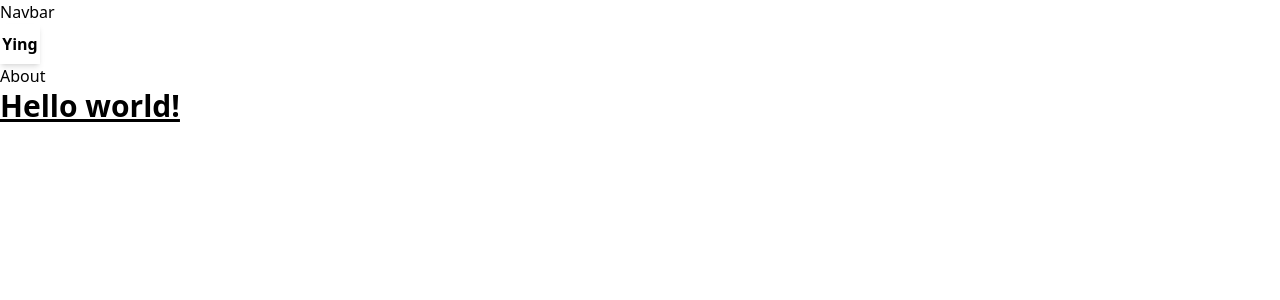
Repository: YingCG/plantmode-weather
Page: /about
The author's editor kept a copy of each file at every save. The page is drawn from the files as they stood at one save, then again after the next save.
The browser window is 1280 px wide. The pictures show the whole page.
The project was rebuilt for these pictures with package versions that can differ from the ones it lists, and the page was loaded fresh each time. Also part of the build but not shown: vite.config.js.

Above is the page before, as saved 2024-02-05 11:41:35.

### src/App.jsx
import { Routes, Route } from "react-router-dom";
import Navbar from "./components/Navbar";

function App() {
  return (
    <>
      <main>
        <Navbar />
        <Routes>
          <Route path="/" element={"Home"} />
          <Route path="/about" element={"About"} />
          <Route path="/projects" element={"Project"} />
          <Route path="/contact" element={"Contact"} />
        </Routes>
        <h1 className="text-3xl font-bold underline text-red-500">
          Hello world!
        </h1>
      </main>
    </>
  );
}

export default App;

### src/index.css
@import url("https://fonts.googleapis.com/css2?family=Poppins:wght@100;200;300;400;500;600;700;800;900&family=Work+Sans:wght@100;200;300;400;500;600;700;800;900&display=swap");

@tailwind base;
@tailwind components;
@tailwind utilities;

### src/components/Navbar.jsx
import { NavLink } from "react-router-dom";

const Navbar = () => {
  return (
    <header className="header">
      Navbar
      <NavLink
        to="/"
        className="w-10 h-10 items-center justify-center flex font-bold shadow-md"
      >
        <p className="blue-gradient_text">Ying</p>
      </NavLink>
    </header>
  );
};

export default Navbar;

### tailwind.config.js
/** @type {import('tailwindcss').Config} */
export default {
  content: ["./index.html", "./src/**/*.{js,ts,jsx,tsx}"],
  theme: {
    screens: {
      sm: "480px",
      md: "768px",
      lg: "976px",
      xl: "1440px",
    },
    colors: {
      blue: "#1fb6ff",
      purple: "#7e5bef",
      pink: "#ff49db",
      orange: "#ff7849",
      green: "#13ce66",
      yellow: "#ffc82c",
      "gray-dark": "#273444",
      gray: "#8492a6",
      "gray-light": "#d3dce6",
    },
    extend: {},
  },
  plugins: [],
};

Loaded but not shown: index.html (common file); src/main.jsx (common file)

After the next save:
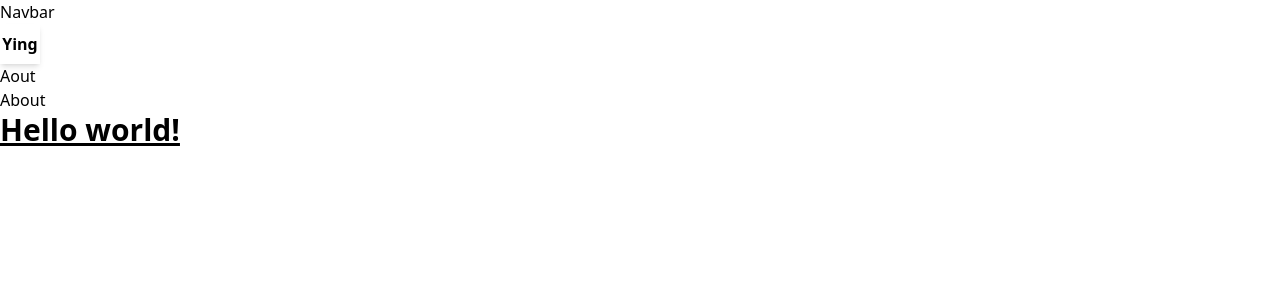
Saved 55 s later.
--- a/src/components/Navbar.jsx
+++ b/src/components/Navbar.jsx
@@ -10,6 +10,7 @@ const Navbar = () => {
       >
         <p className="blue-gradient_text">Ying</p>
       </NavLink>
+      <NavLink to="/about">Aout</NavLink>
     </header>
   );
 };
